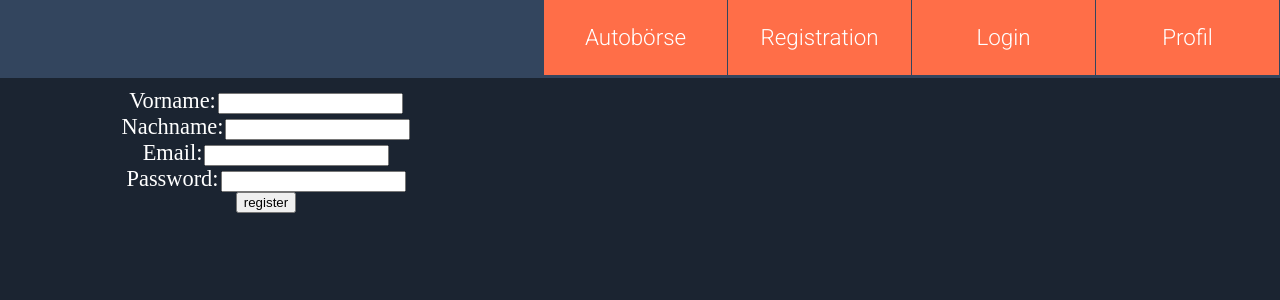
Repository: Turkelten/CarAdminstration
Page: http://localhost/Autobörse/registration.html
These files come from the project's save history. The page is drawn as it stood at one moment and after the next save; the edit follows.
The browser window is 1280 px wide. The pictures show the whole page.
The page is served by Tomcat 9.

Above is the page before, as saved 2020-07-18 18:36:20.

After the next save:
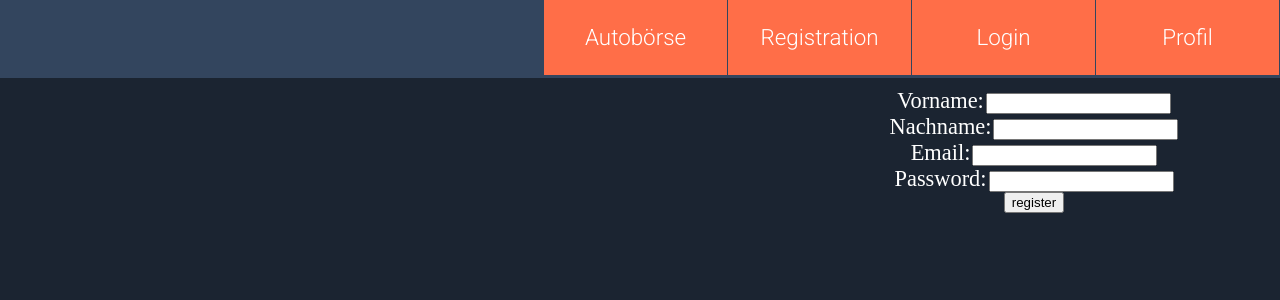
Saved 7 s later.
--- a/Autobörse/WebContent/style.css
+++ b/Autobörse/WebContent/style.css
@@ -224,7 +224,7 @@ header nav#mobile ul li:hover > ul {
 
 .registration form {
 	text-align: center;
-	margin-bottom;
+	margin-left: auto;
 	width: 40%;
     height: 100%;
 }
